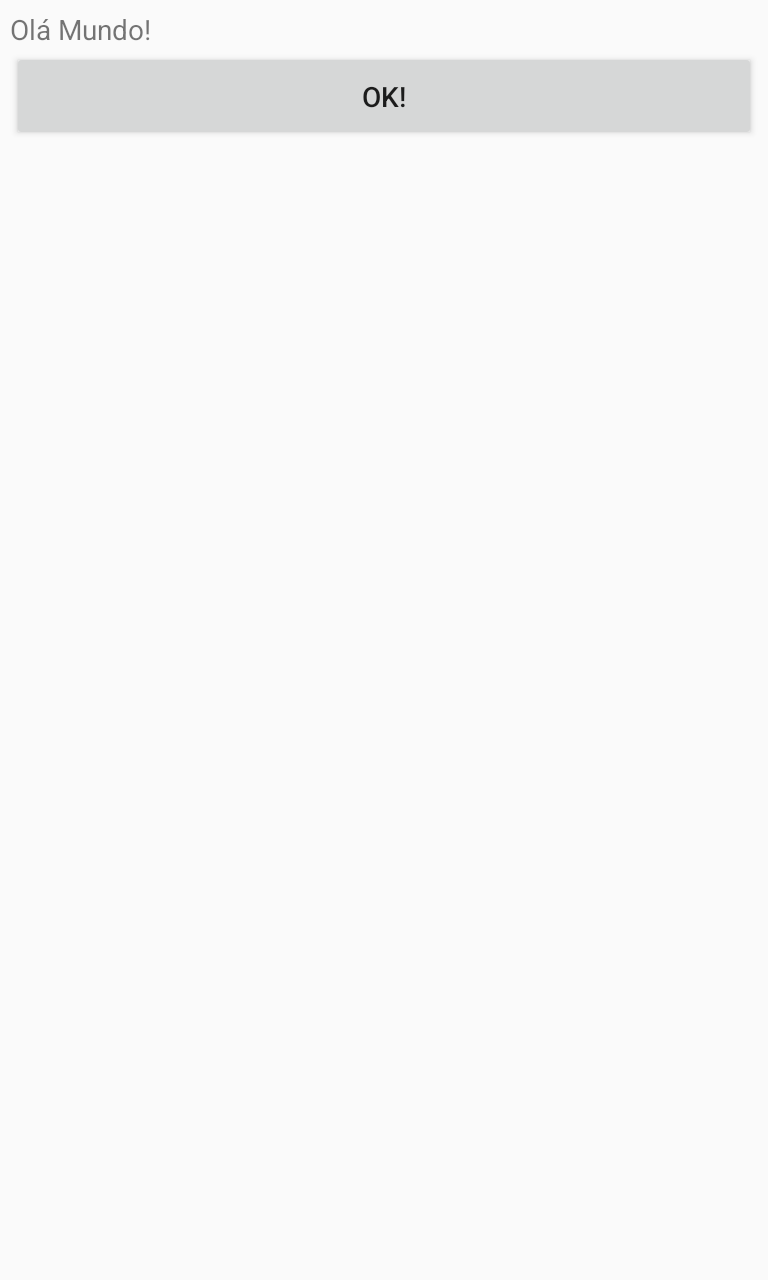
Repository: KaioWeb1/app-minhaCidade
Layout: OlaMundo/res/layout/principal.xml
The author's editor kept a copy of each file at every save. The layout is drawn from the files as they stood at one save, then again after the next save.
It is drawn on a 768 x 1280 px phone screen (xhdpi) without system bars, with theme AppTheme; the app's code is not run.

Above is the layout before, as saved 2014-09-05 14:58:40.

After the next save:
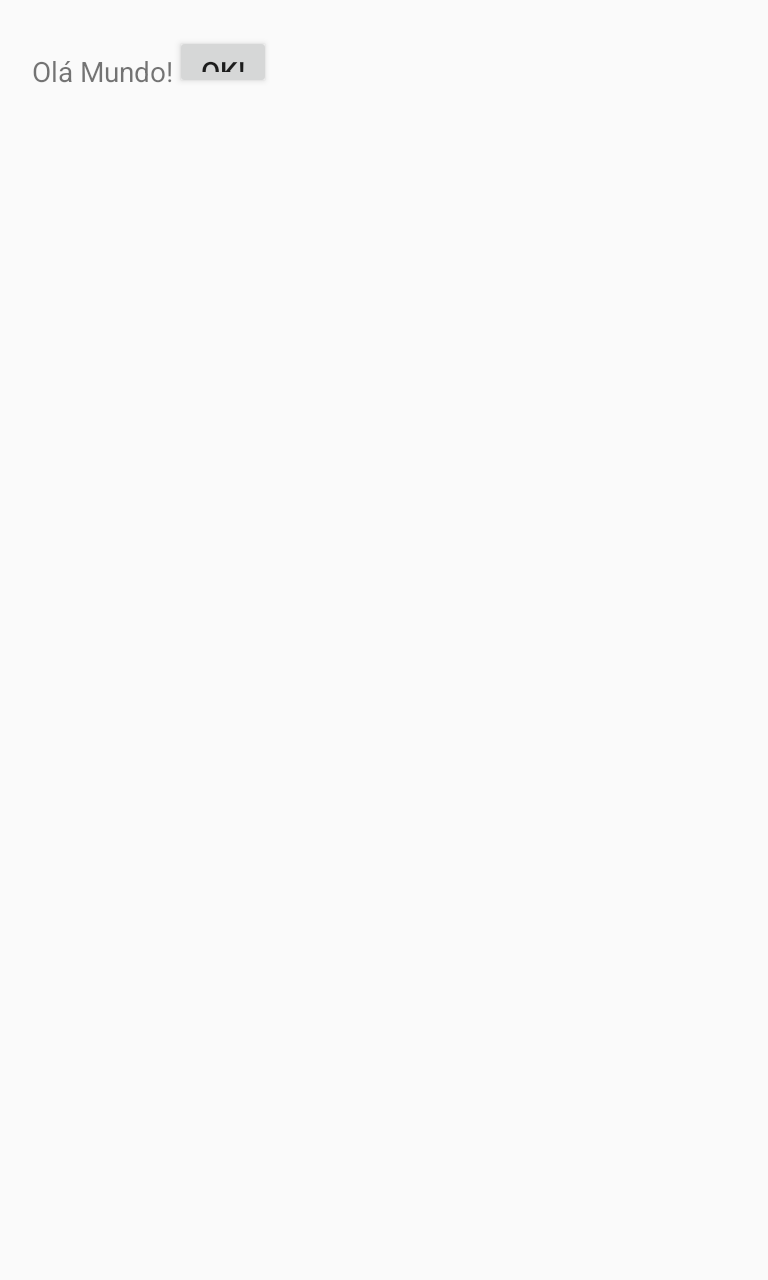
Saved 6 s later.
--- a/OlaMundo/res/layout/principal.xml
+++ b/OlaMundo/res/layout/principal.xml
@@ -2,9 +2,11 @@
     xmlns:tools="http://schemas.android.com/tools"
     android:layout_width="match_parent"
     android:layout_height="match_parent"
-    android:padding="5dp"
-    android:orientation="vertical"
-    >
+    android:paddingBottom="@dimen/activity_vertical_margin"
+    android:paddingLeft="@dimen/activity_horizontal_margin"
+    android:paddingRight="@dimen/activity_horizontal_margin"
+    android:paddingTop="@dimen/activity_vertical_margin"
+    tools:context="br.com.example.olamundo.OlaMundoActivity" >
 
     <TextView
         android:layout_width="wrap_content"
@@ -12,8 +14,8 @@
         android:text="@string/hello_world" />
 
     <Button
-        android:layout_width="match_parent"
-        android:layout_height="wrap_content"
+        android:layout_width="50dp"
+        android:layout_height="30dp"
         android:text="OK!"
         />
 
